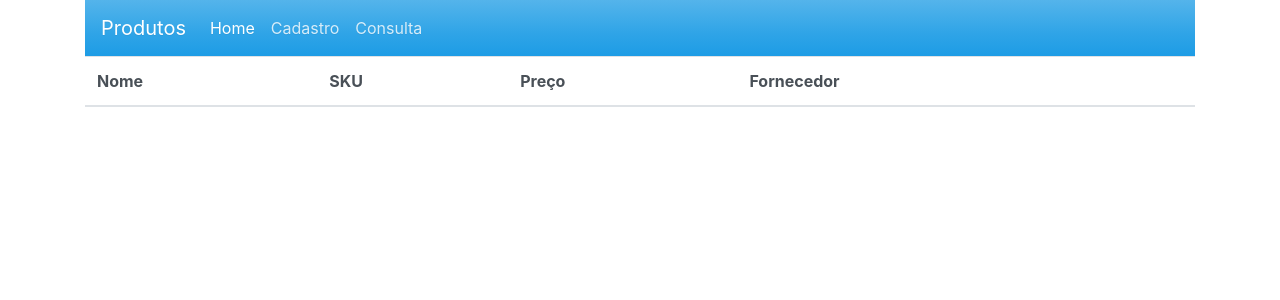
Repository: charles014/curso-react-2020
Page: /#/consulta-produtos (app in cadastro-produtos/)
These files come from the project's save history. The page is drawn as it stood at one moment and after the next save; the edit follows.
The browser window is 1280 px wide. The pictures show the whole page.
Some web libraries are served in a nearby version. The project was rebuilt for these pictures with package versions that can differ from the ones it lists, and the page was loaded fresh each time. Also part of the build but not shown: cadastro-produtos/src/index.css, cadastro-produtos/src/app/produtoService.js, cadastro-produtos/src/pages/produtos/cadastro.js, cadastro-produtos/src/pages/home.js.

Above is the page before, as saved 2020-09-18 16:51:13.

After the next save:
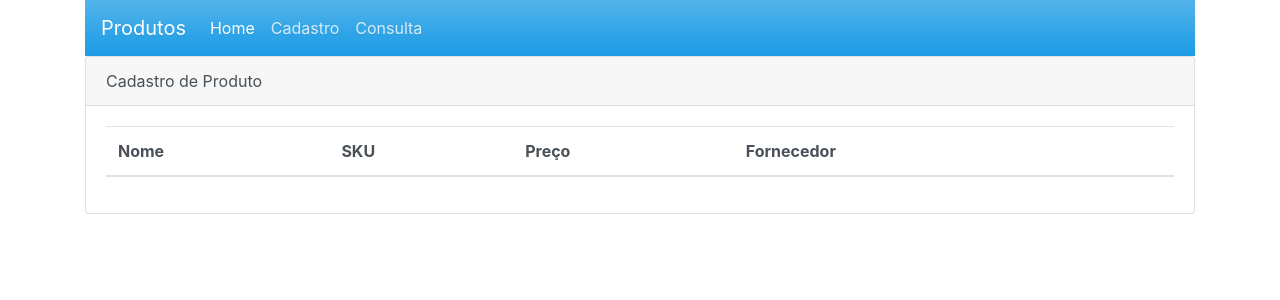
Saved 114 s later.
--- a/cadastro-produtos/src/pages/produtos/consulta.js
+++ b/cadastro-produtos/src/pages/produtos/consulta.js
@@ -8,33 +8,41 @@ export default class ConsultaProdutos extends React.Component {
     render() {
 
         return (
-            <table className="table table-hover">
-                <thead>
-                    <tr>
-                        <th scope="col">Nome</th>
-                        <th scope="col">SKU</th>
-                        <th scope="col">Preço</th>
-                        <th scope="col">Fornecedor</th>
-                        <th scope="col"></th>
-                    </tr>
-                </thead>
-                <tbody>
-                    {
-                        this.state.produtos.map(produto => {
-                            return (
-                                <tr>
-                                    <th>{produto.nome}</th>
-                                    <th>{produto.sku}</th>
-                                    <th>{produto.preco}</th>
-                                    <th>{produto.fornecedor}</th>
-                                    <th></th>
-                                </tr>
-                            )
-                        })
-                    }
-                </tbody>
-            </table>
 
+            <div className="card">
+                <div className="card-header">
+                    Cadastro de Produto
+            </div>
+                <div className="card-body">
+
+                    <table className="table table-hover">
+                        <thead>
+                            <tr>
+                                <th scope="col">Nome</th>
+                                <th scope="col">SKU</th>
+                                <th scope="col">Preço</th>
+                                <th scope="col">Fornecedor</th>
+                                <th scope="col"></th>
+                            </tr>
+                        </thead>
+                        <tbody>
+                            {
+                                this.state.produtos.map(produto => {
+                                    return (
+                                        <tr>
+                                            <th>{produto.nome}</th>
+                                            <th>{produto.sku}</th>
+                                            <th>{produto.preco}</th>
+                                            <th>{produto.fornecedor}</th>
+                                            <th></th>
+                                        </tr>
+                                    )
+                                })
+                            }
+                        </tbody>
+                    </table>
+                 </div>
+             </div>
 
         )
 
